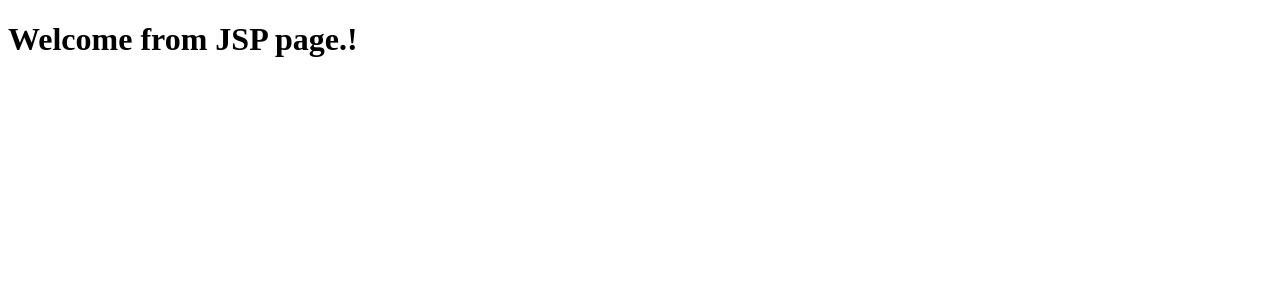
Repository: Rajivkumar2023/java-practice
Page: http://localhost/jspEL/ELdemo.jsp
The author's editor kept a copy of each file at every save. The page is drawn from the files as they stood at one save, then again after the next save.
The browser window is 1280 px wide. The pictures show the whole page.
The page is served by Tomcat 9.

Above is the page before, as saved 2024-08-01 09:52:59.

### jspEL/src/main/webapp/ELdemo.jsp
<%@ page language="java" contentType="text/html; charset=UTF-8"
    pageEncoding="UTF-8"%>
<!DOCTYPE html>
<html>
<head>
<meta charset="UTF-8">
<title>JSP Demo</title>
</head>
<body>
<h1> Welcome from JSP page.!</h1>
</body>
</html>

After the next save:
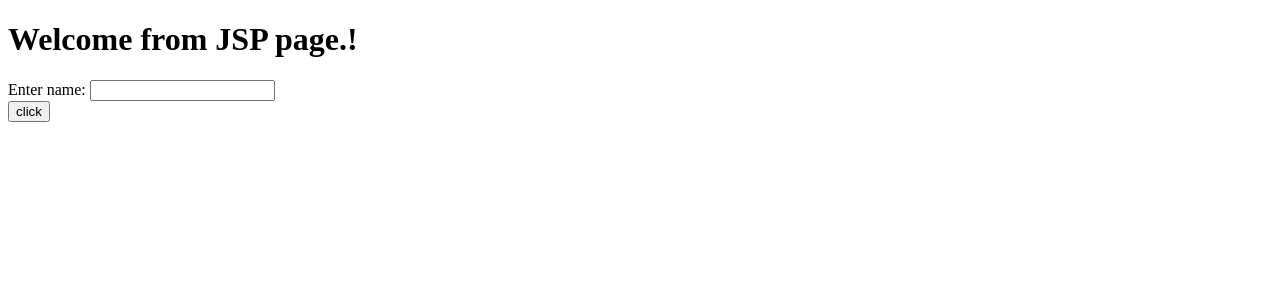
Saved 2 min 48 s later.
--- a/jspEL/src/main/webapp/ELdemo.jsp
+++ b/jspEL/src/main/webapp/ELdemo.jsp
@@ -8,5 +8,11 @@
 </head>
 <body>
 <h1> Welcome from JSP page.!</h1>
+<form action="process.jsp">
+Enter name: <input type="text" name="name"/>
+<br>
+<input type="submit" value="click"/>
+
+</form>
 </body>
 </html>
